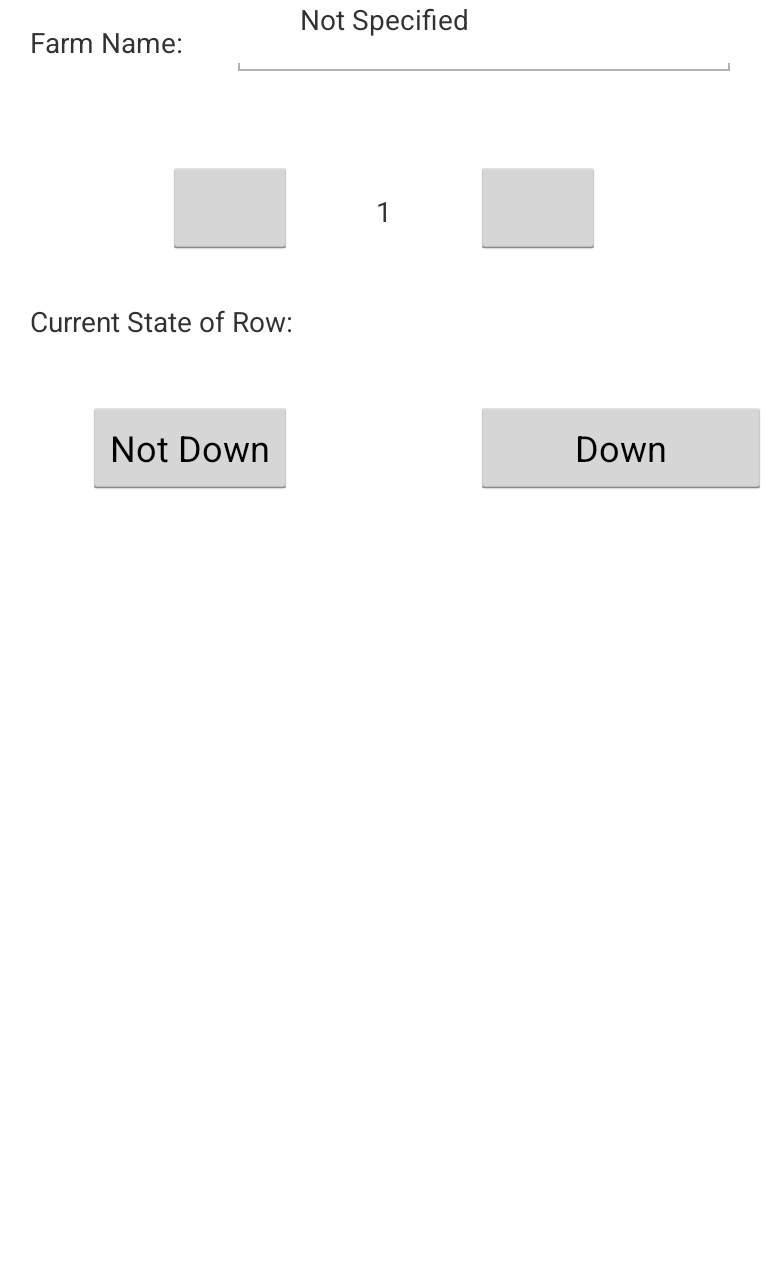
Repository: cokembel/FarmHand
Layout: FarmHand/res/layout/activity_main.xml
An editor plug-in stored every save of this project. The layout is shown before and after the next save, followed by the edit.
It is drawn on a 768 x 1280 px phone screen (xhdpi) without system bars, with theme AppTheme; the app's code is not run.

Above is the layout before, as saved 2012-12-05 10:45:43.

After the next save:
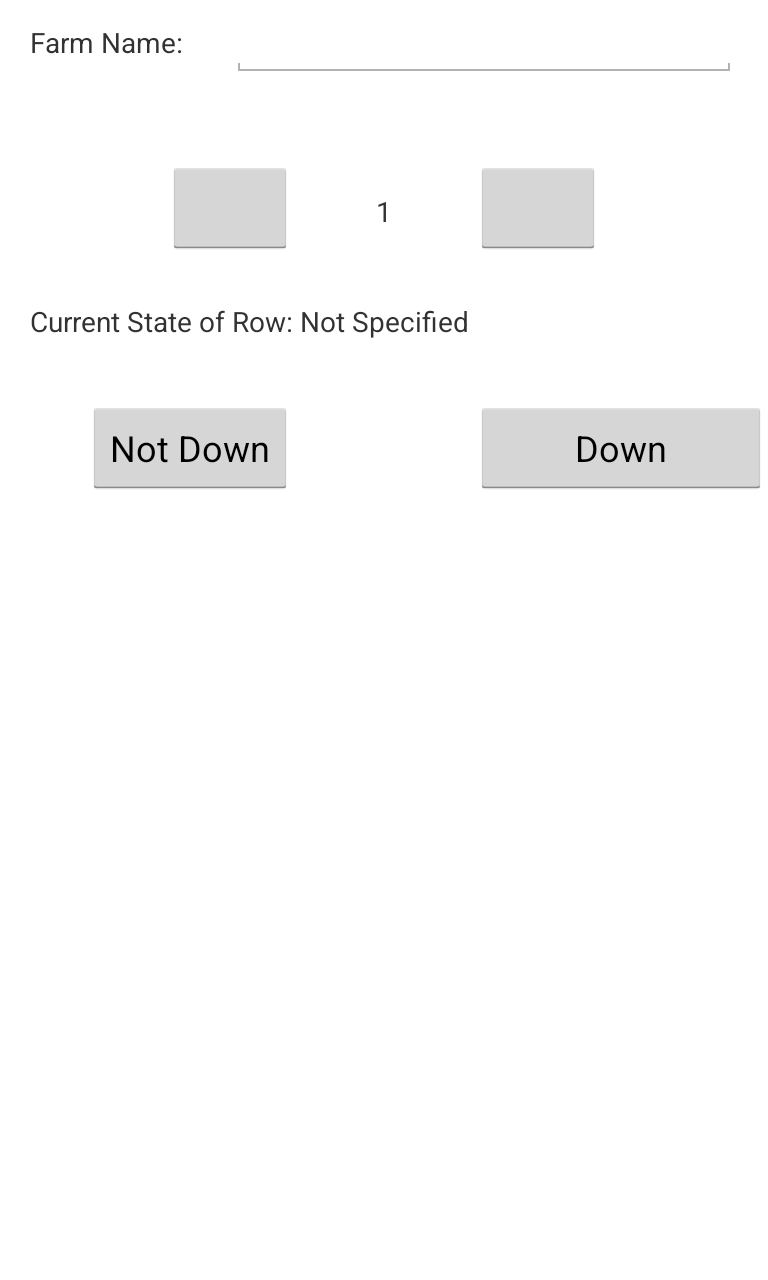
Saved 40 s later.
--- a/FarmHand/res/layout/activity_main.xml
+++ b/FarmHand/res/layout/activity_main.xml
@@ -34,6 +34,7 @@
                 android:layout_width="match_parent"
                 android:layout_height="wrap_content"
                 android:layout_alignParentRight="true"
+                android:layout_alignBaseline="@id/status_label"
                 android:gravity="center"
                 android:text="Not Specified" />
 
